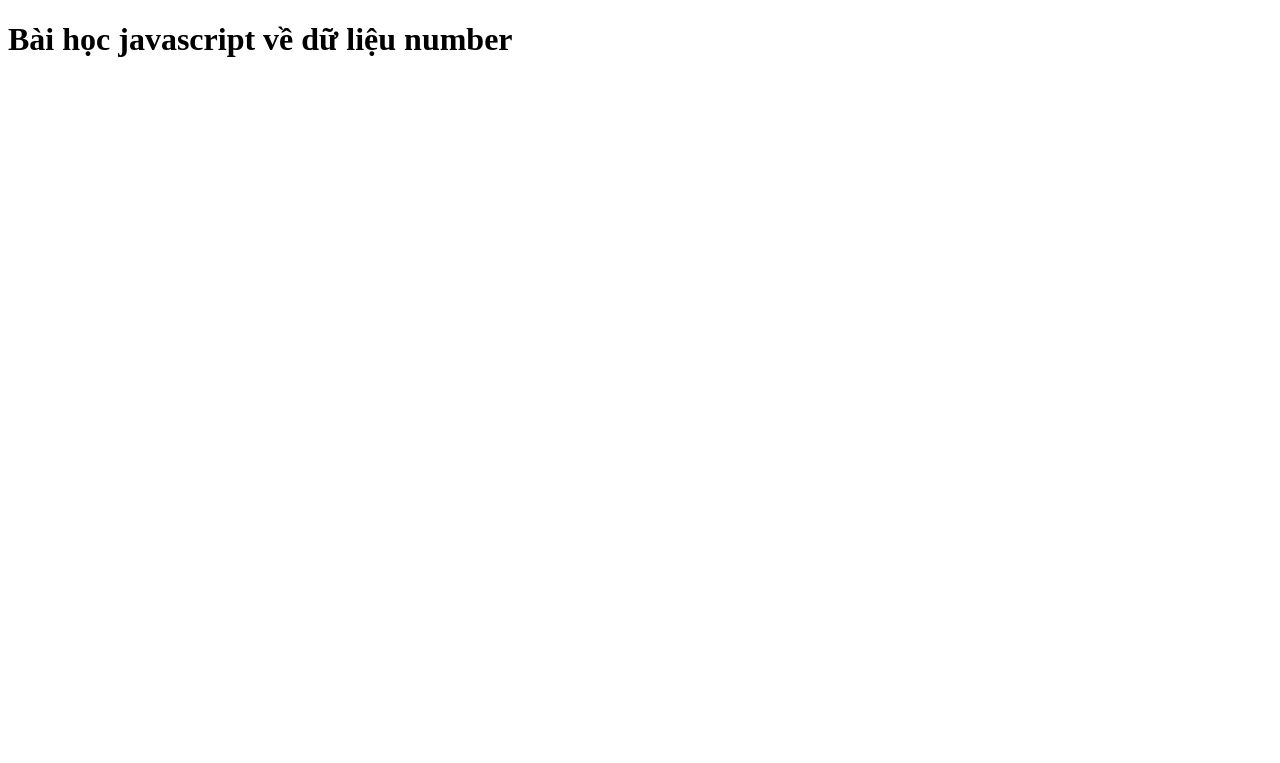
Repository: NgocVinh31/testjs
Page: number/index.html
The author's editor kept a copy of each file at every save. The page is drawn from the files as they stood at one save, then again after a run of saves.
The browser window is 1280 px wide. The pictures show the whole page.

Above is the page before, as saved 2021-07-08 00:11:58.

### number/index.html
<!DOCTYPE html>
<html lang="en">
<head>
    <meta charset="UTF-8">
    <meta http-equiv="X-UA-Compatible" content="IE=edge">
    <meta name="viewport" content="width=device-width, initial-scale=1.0">
    <title>Document</title>
</head>
<body>
    <style>
        h1{
            width: 100%;
            height: 100vh;

        }
    </style>
    <h1>Bài học javascript về dữ liệu number</h1>
    <script src="./number.js"></script>
</body>
</html>

Loaded but not shown: number/number.js (no stored copy; drawn as an empty file)

After the next 2 saves:
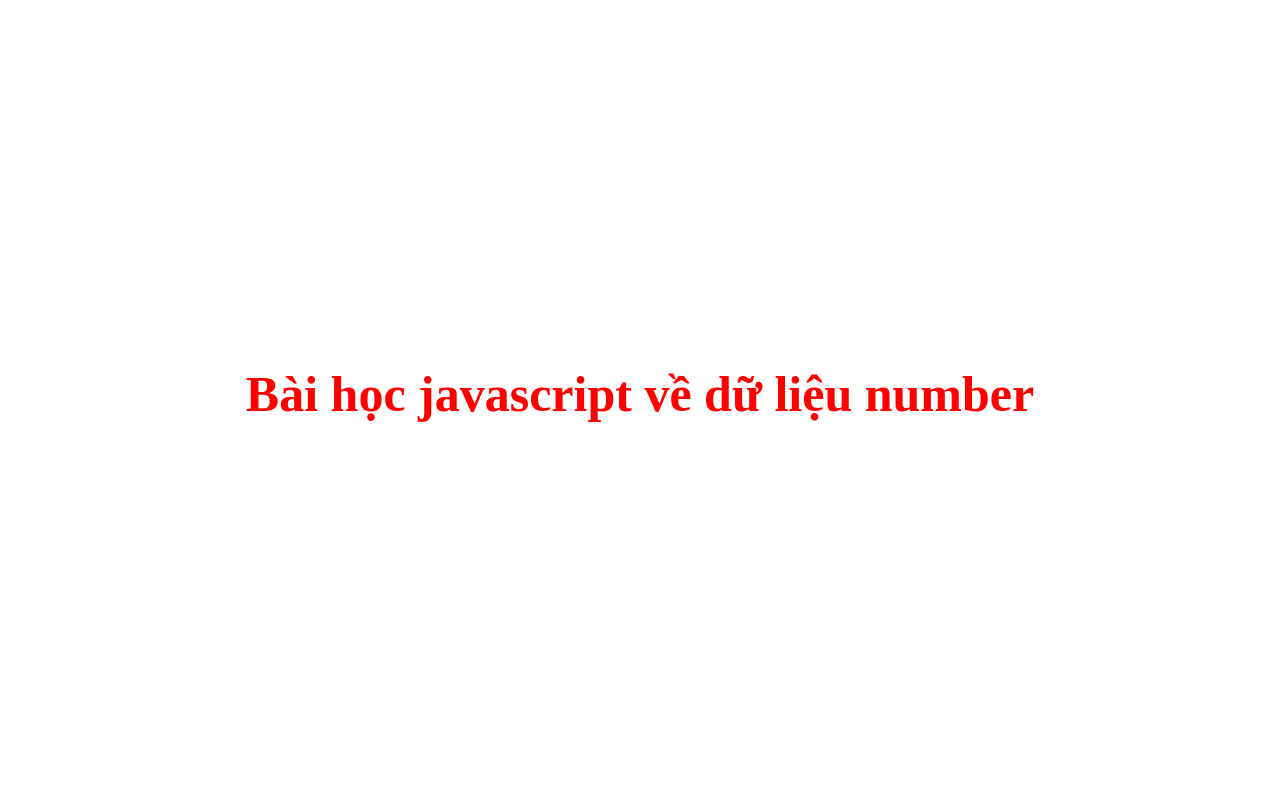
The 2 saves are shown as one change because they came seconds apart.
The last was saved 39 s later.
--- a/number/index.html
+++ b/number/index.html
@@ -11,7 +11,10 @@
         h1{
             width: 100%;
             height: 100vh;
-
+            line-height: 100vh;
+            font-size: 50px;
+            color: red;
+            text-align: center;
         }
     </style>
     <h1>Bài học javascript về dữ liệu number</h1>
